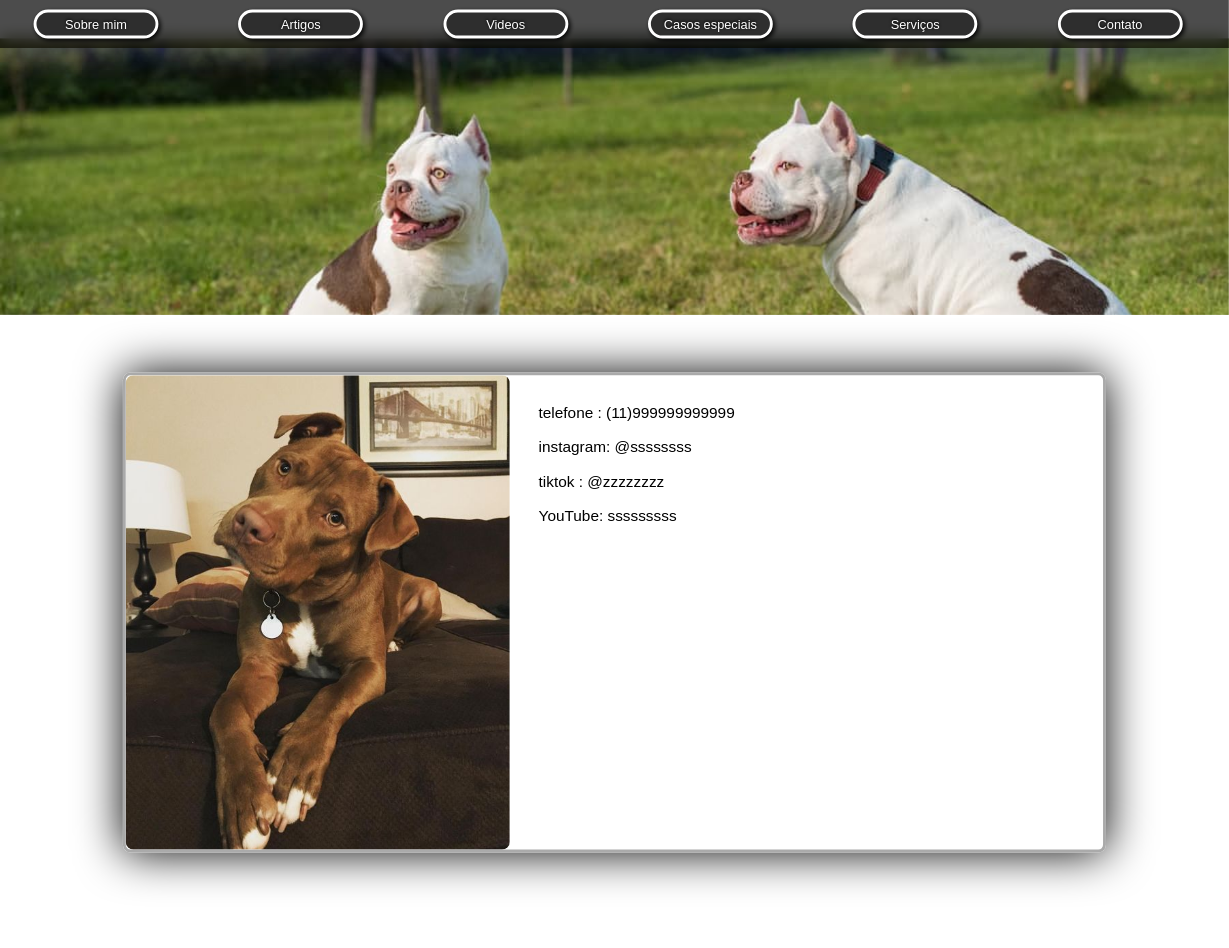
Repository: KevynMarques/Blog-React-StyledComponent
Page: /, after clicking the first element matching `button.sc-iGgWBj`
These files come from the project's save history. The page is drawn as it stood at one moment and after a run of saves; the edit follows.
The browser window is 1280 px wide. The pictures show the whole page, at 96% of full size.
The project was rebuilt for these pictures with package versions that can differ from the ones it lists, and the page was loaded fresh each time. Also part of the build but not shown: src/Components/Artigos/index.jsx, src/Components/Clientes/index.jsx, src/Components/Serviços/index.jsx, src/Components/View/index.jsx.

Above is the page before, as saved 2022-02-21 19:24:47.

### public/index.html
<!DOCTYPE html>
<html lang="pt-BR">
  <head>
    <meta charset="utf-8" />
    <link rel="icon" href="%PUBLIC_URL%/favicon.ico" />
    <meta name="viewport" content="width=device-width, initial-scale=1" />
    <meta name="theme-color" content="#000000" />
    <meta
      name="description"
      content="Web site created using create-react-app"
    />
    <link rel="apple-touch-icon" href="%PUBLIC_URL%/logo192.png" />
    <!--
      manifest.json provides metadata used when your web app is installed on a
      user's mobile device or desktop. See https://developers.google.com/web/fundamentals/web-app-manifest/
    -->
    <!--
      Notice the use of %PUBLIC_URL% in the tags above.
      It will be replaced with the URL of the `public` folder during the build.
      Only files inside the `public` folder can be referenced from the HTML.

      Unlike "/favicon.ico" or "favicon.ico", "%PUBLIC_URL%/favicon.ico" will
      work correctly both with client-side routing and a non-root public URL.
      Learn how to configure a non-root public URL by running `npm run build`.
    -->
    <title>Adestramento DK</title>
  </head>
  <body>
    <noscript>You need to enable JavaScript to run this app.</noscript>
    <div id="root"></div>
    <!--
      This HTML file is a template.
      If you open it directly in the browser, you will see an empty page.

      You can add webfonts, meta tags, or analytics to this file.
      The build step will place the bundled scripts into the <body> tag.

      To begin the development, run `npm start` or `yarn start`.
      To create a production bundle, use `npm run build` or `yarn build`.
    -->
  </body>
</html>

### src/App.jsx
import Home from './Pages/Home';
import Sobre from './Components/Sobre/index';
import { useState, useEffect } from 'react';
import { GlobalStyle } from './GlobalStyle';
import Geral from './Components/Geral/index';


function App() {

  const [geral, setGeral]=useState(<Sobre />);

  return (
    <>
    <Home setGeral={setGeral} geral={geral}  />
    <Geral geral={geral} />
    <GlobalStyle/>
   </>
  );
}

export default App;

### src/Pages/Home/index.jsx
import React, {useState} from "react"
import {  Home, Videos, Comportamental, Serviços, Diversos, Contato } from "../../Components/Buttons/Style"
import Sobre from '../../Components/Sobre/index'
import Comport  from '../../Components/Artigos/index'
import Clientes from '../../Components/Clientes/index'
import Serv from "../../Components/Serviços"
import Cont from '../../Components/Contato/index'
import View from "../../Components/View"
import { ContainerHeader } from "../../Components/Containers/style"




export default (props) => {

  const [ativo, setAtivo] = useState(false)
  const [ativoVideos, setAtivoVideos] = useState(true)
  const [ativoComp, setComp] = useState(true)
  const [Casos, setCasos] = useState(true)
  const [serviços, setServiços] = useState(true)
  const [contato, setContato] = useState(true)


  return (
   <>
    <ContainerHeader>

       <Home
         setAtivo={setAtivo}
         ativo={ativo}
         onClick={()=>(props.setGeral(<Sobre />),
         setAtivo(false),
         setAtivoVideos(true),
         setComp(true),
         setCasos(true),
         setServiços(true)
         )}>
         <p>Sobre mim</p>
      </Home>


       <Comportamental
          onClick={() =>(props.setGeral(<Comport />),
          setAtivo(true),
          setAtivoVideos(true),
          setComp(false),
          setCasos(true),
          setServiços(true))}

          setComp={setComp}
          ativoComp={ativoComp}>

         <p>Artigos</p>
       </Comportamental>

       <Videos
        ativoEquip={ativoVideos}
        setAtivoVideos={setAtivoVideos}
        onClick={()=>(props.setGeral(<View />),
        setAtivo(true),
        setAtivoVideos(false),
        setComp(true),
        setCasos(true),
        setServiços(true)
        )}>
        <p>Videos</p>
       </Videos>

       <Diversos
          onClick={() =>(props.setGeral(<Clientes />),
          setAtivo(true),
          setAtivoVideos(true),
          setComp(true),
          setCasos(false),
          setServiços(true))}
          setCasos={setCasos}
          Casos={Casos}>
         <p>Casos especiais</p>
       </Diversos>


       <Serviços onClick={() =>(props.setGeral(<Serv />),
        setAtivo(true),
        setAtivoVideos(true),
        setComp(true),
        setCasos(true),
        setServiços(false))}
        setServiços={setServiços}
        serviços={serviços}>
         <p>Serviços</p>
       </Serviços>

       <Contato onClick={() =>(props.setGeral(<Cont />),
        setAtivo(true),
        setAtivoVideos(true),
        setComp(true),
        setCasos(true),
        setServiços(true),
        setContato(false)
       )}
          setContato={setContato}
          contato={contato}>
         <p>Contato</p>
      </Contato>

    </ContainerHeader>
    </>
  );
}

### src/Components/Sobre/index.jsx
import Foto from '../Image/foto.png'
import LV from '../Image/LV.jpg';
import Dog from '../Image/Dog.png'
import { Tittle } from "../Textos&Titles/style";
import { ContainerBaner, ContainerBox, ContainerIMG } from "../Containers/style";
import { Info } from "../Textos&Titles/style";
import { SubTitle } from '../Textos&Titles/style';
import { TitleInfo } from '../Textos&Titles/style';


export default () => {
  return (
<>
     <ContainerBaner>
      <img src={Dog} />
     </ContainerBaner>

   <Tittle>
          Adestramento DK
  </Tittle>


  <ContainerBox>
       <ContainerIMG>
        <img src={Foto} />
       </ContainerIMG>
       <Info>
       <TitleInfo>Quem sou eu</TitleInfo>
       meu nome é Kevyn Marques sempre fui um apaixonado por cães, no ano de 2017 tive o prazer
       de fazer parte do 2BPE  onde pude ter  meu primeiro contato com cães de trabalho tanto de faro como de guarda, encantando com aqueles animais comecei a pesquisar e estudar sobre comportamento canino  e desde la eu nunca mais parei, ao longo da minha jornada como adestrador fiz inumeros cursos com pessoas que estão na aréa do adestramento a anos, tanto no esporte canino como no treinamento pet podendo ter uma visão ampla e diversificade de cada caso que passa pelas minhas mãos, tenho um orgulho enorme dos meus resultados, acredito que todos com a orientação adequada podem ter uma vida em harmonia com seus cães independente do tamanho do problema ele sempre tera solução.
       </Info>
       </ContainerBox>

  <SubTitle>  Viper e Logan !
  </SubTitle>


    <ContainerBox>
       <ContainerIMG>
        <img src={LV} />
       </ContainerIMG>
       <Info>
       <TitleInfo>Nosso dia a dia</TitleInfo>
       Apesar de ter tido cães a vida toda o meu primeiro cão de trabalho foi o Logan, meu pastor Belga Malinois que se encontra ao lado direito da foto, com o Logan vieram inumeros desafios afinal é uma raça dificil de lidar, temperamento forte muita disposição e um drive de caça altissimo, porem com a tecnica é o conhecimento adequado o Logan se tornou a melhor companhia que ja tive na vida, ja o Mali mais escuro na foto é o Viper, minha paixão por Malinois so aumenta e com isso veio mais um para familia, o pequeno Viper é bem diferente do Logan, um cão mais calmo e de um temperamento extremamente equilibrado por enquanto ainda não sei se irei treina-lo para guarda e proteção como o Logan, porem uma coisa é certa, eles fazem uma dupla e tanto !! Irei postar videos rotineiros dos treinos de ambos e espero que vocês acompanhem !
       </Info>
   </ContainerBox>
</>

  );
}

### src/GlobalStyle.jsx
import { createGlobalStyle } from 'styled-components';

 export const GlobalStyle = createGlobalStyle`
  * {
    margin: 0;
    padding: 0;
    box-sizing: border-box;

  }
`;

### src/Components/Geral/index.jsx
import React from "react"

export default (props) => {

  return (

    <>
    {props.geral}
    </>

  );

}

### src/Components/Buttons/Style.jsx
import styled from "styled-components";


export const Home = styled.button `
background:${props => props.ativo ? '#2e2e2e' : '#000000'};
font-family: Arial, Helvetica, sans-serif;
font-style:normal;
color:#ffffff;
border:3px solid #ffffff;
text-shadow:0px -1px 3px #000000;
box-shadow:2px 2px 5px #000000;
box-shadow:2px 2px 5px #000000;
box-shadow:2px 2px 5px #000000;
border-radius:25px 25px 25px 25px;
border-radius:25px 25px 25px 25px;
border-radius:25px 25px 25px 25px;
width:130px;
height: 30px;

&:hover {
  background-color: black;
}

cursor:pointer;
margin:0 auto;
margin-left: 35px;

&:active {
  transform: scale(0.9);
}

`;


export const Videos = styled(Home) `

background:${props => props.ativoEquip ? '#2e2e2e' : '#000000'};

`;

export const Comportamental = styled(Home) `

background:${props => props.ativoComp ? '#2e2e2e' : '#000000'};

`;


export const Diversos = styled(Home) `

background:${props => props.Casos? '#2e2e2e' : '#000000'};

`;


export const Serviços = styled(Home) `

background:${props => props.serviços? '#2e2e2e' : '#000000'};

`;

export const Contato = styled(Home) `

background:#2e2e2e;

`;

### src/Components/Contato/index.jsx

import  Apbt from '../Image/apbt.jpg';
import Original from '../Image/Original.jpg'
import { SubTitle, Info } from "../Textos&Titles/style";
import { ContainerIMG, ContainerBox, ContainerBaner } from "../Containers/style";




export default () => {
  return (
    <>
    <ContainerBaner>
    <img src={Apbt} />
    </ContainerBaner>

      <ContainerBox>
       <ContainerIMG>
        <img src={Original} />
       </ContainerIMG>
       <Info>
       telefone : (11)999999999999
       <br></br><br></br>
       instagram: @ssssssss
       <br></br><br></br>
       tiktok : @zzzzzzzz

       <br></br><br></br>
        YouTube:  sssssssss
        </Info>
       </ContainerBox>
    </>
  );
}

### src/Components/Containers/style.jsx
import  styled  from "styled-components";



export const  ContainerHeader  = styled.div `
     width: 100vw;
     height: 50px;
     margin: 0;
     position: fixed;
     z-index: 99999;
     background: rgba( 0, 0, 0, 0.7 );
     box-shadow: 0 8px 32px 0 rgba( 31, 38, 135, 0.37 );
     backdrop-filter: blur( 7.5px );
     -webkit-backdrop-filter: blur( 7.5px );
     color:white;
     display: flex;
     align-items: center;
     justify-content: center;
`;



export const ContainerBaner= styled.div `
  width: 100%;
  height: 40vh;


    img {
    width: 100%;
    height: 100%;
    object-fit: cover;
    margin-top: 40px;

    }
`;


export const  ContainerBox = styled.section `
  height: 500px;
  border: solid 3px #aaaaaa;
  width: 80vw;
  margin: 100px  10%;
  border-radius: 8px;
  box-shadow: 0 0 3em Black;
  display: flex;
  `;


export const ContainerIMG = styled.div `

    min-width:400px;
    height:494px;

  img {
    object-fit: cover;
    width: 100%;
    height: 100%;
    border-radius: 8px;
  }

`;

### src/Components/Textos&Titles/style.jsx
import styled from 'styled-components'



export const Tittle = styled.h1`
@import url('https://fonts.googleapis.com/css2?family=Bangers&display=swap');
color: #312f2f;
font-size: 60px;
font-family: 'Bangers', cursive;
text-align: center;
height: 40px;
margin-top: 45px;
`;


export const Info = styled.p`
 margin: 30px;
 font-family: Arial, Helvetica, sans-serif;
`;


export const SubTitle = styled.h2 `
 text-align: center;
 font-size: 30px;
 margin-top: 60px;
 font-family: Arial, Helvetica, sans-serif;
 color: #464646;
 margin-bottom: -35px;
 font-family: 'Bangers', cursive;
`;


export const TitleInfo = styled.div `
 text-align: center;
 font-size: 30px;
 font-family: Arial, Helvetica, sans-serif;
 color: #464646;
 font-family: 'Bangers', cursive;
 margin-bottom: 15px;
`;

Loaded but not shown: src/index.js (common file)

After the next 2 saves:
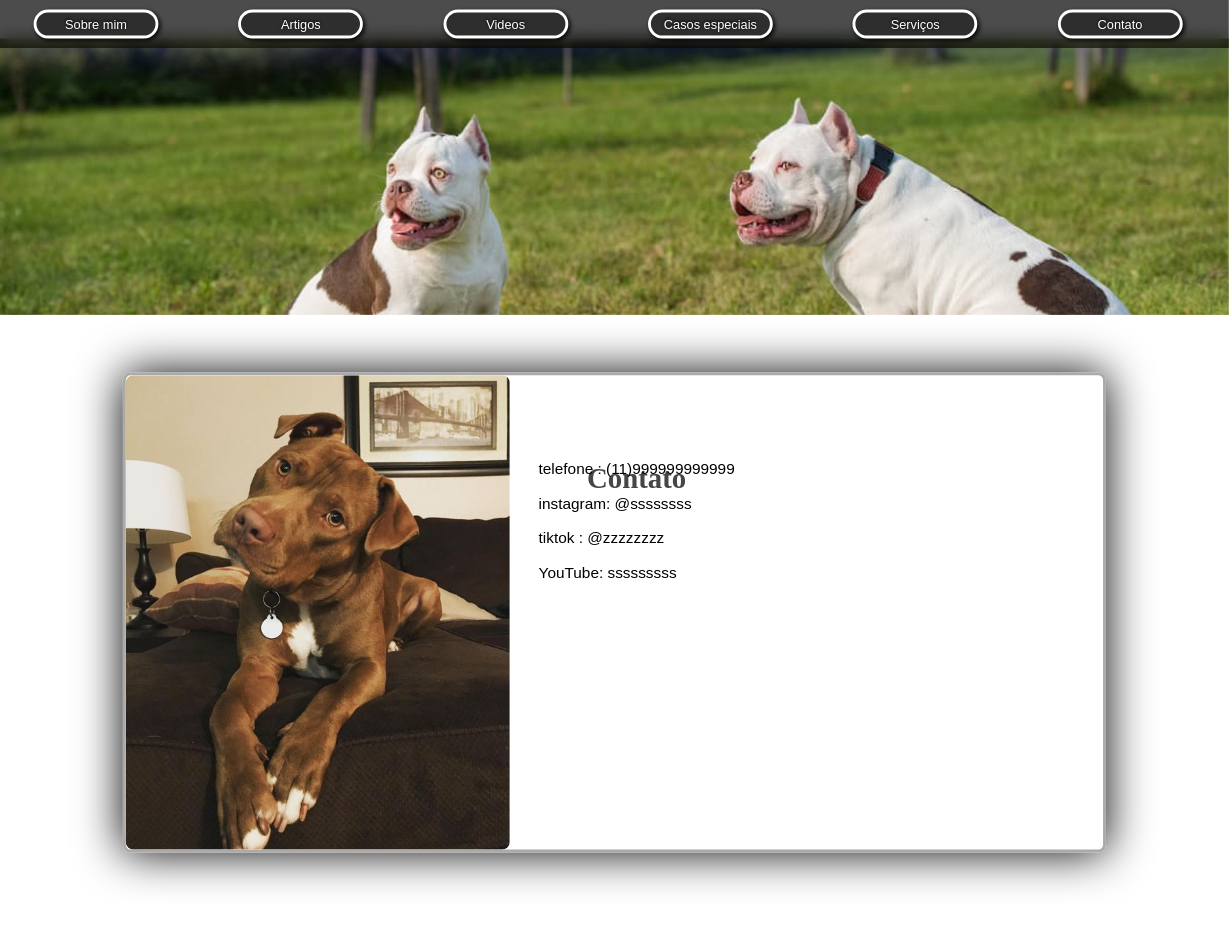
The 2 saves are shown as one change because they came seconds apart.
The last was saved 6 s later.
--- a/src/Components/Contato/index.jsx
+++ b/src/Components/Contato/index.jsx
@@ -19,6 +19,9 @@ export default () => {
         <img src={Original} />
        </ContainerIMG>
        <Info>
+       <SubTitle>
+       Contato
+      </SubTitle>
        telefone : (11)999999999999
        <br></br><br></br>
        instagram: @ssssssss
